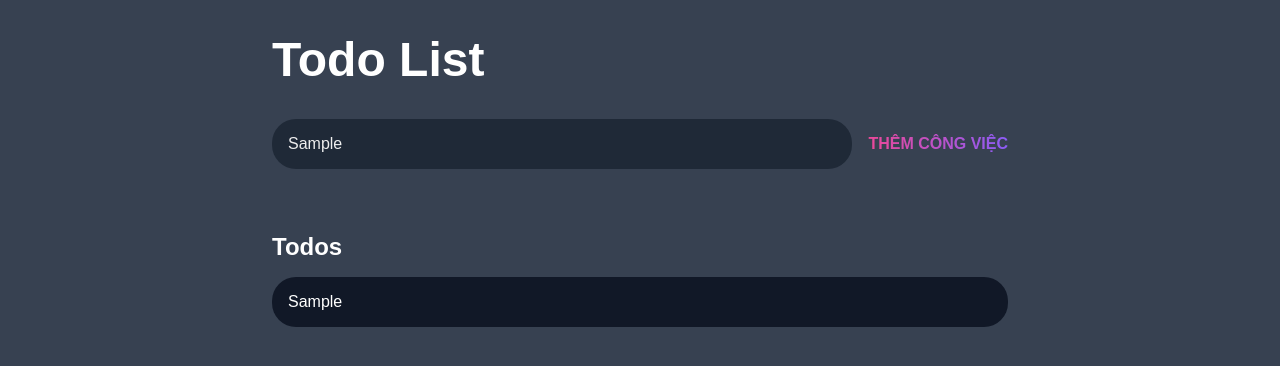
Repository: ntheanh/Todo-List
Page: index.html
The author's editor kept a copy of each file at every save. The page is drawn from the files as they stood at one save, then again after the next save.
The browser window is 1280 px wide. The pictures show the whole page.
Empty fields were first filled with sample values (such as "Sample", 5 or name@example.com).
After loading, the first visible `#new-todo-form` was submitted once.
The style sheet was rebuilt from its Sass, Less or Tailwind sources for each picture, by a compiler version that may differ from the author's.

Above is the page before, as saved 2023-03-16 12:05:59.

After the next save:
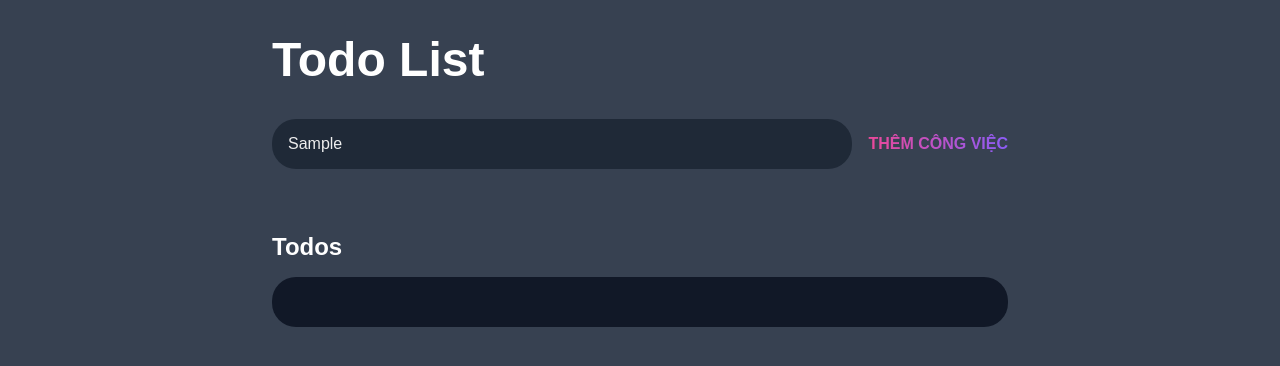
Saved 52 s later.
--- a/app.js
+++ b/app.js
@@ -17,7 +17,7 @@
 
     const task_content_el = document.createElement("div");
     task_content_el.classList.add("content");
-    task_content_el.innerText = task;
+    // task_content_el.innerText = task;
 
     task_el.appendChild(task_content_el);
 

After the save that followed:
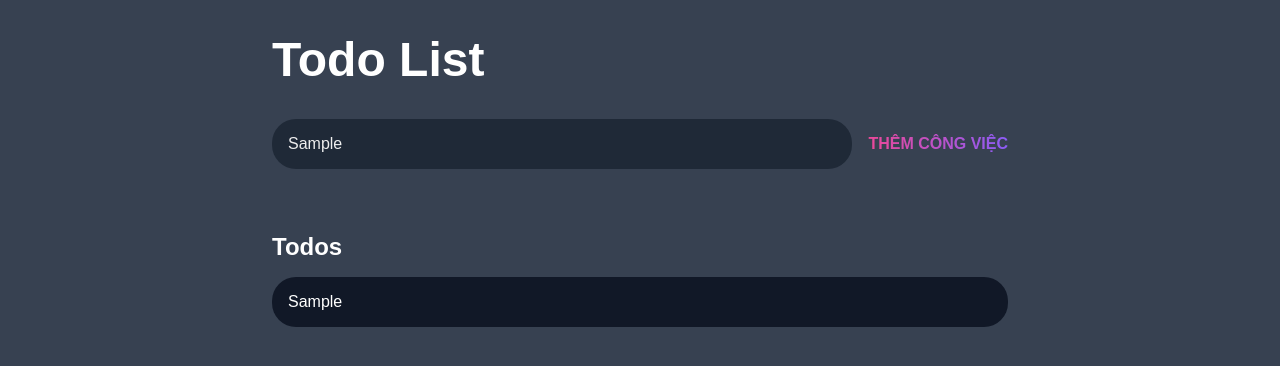
Saved 8 s later.
--- a/app.js
+++ b/app.js
@@ -17,7 +17,7 @@
 
     const task_content_el = document.createElement("div");
     task_content_el.classList.add("content");
-    // task_content_el.innerText = task;
+    task_content_el.innerText = task;
 
     task_el.appendChild(task_content_el);
 
